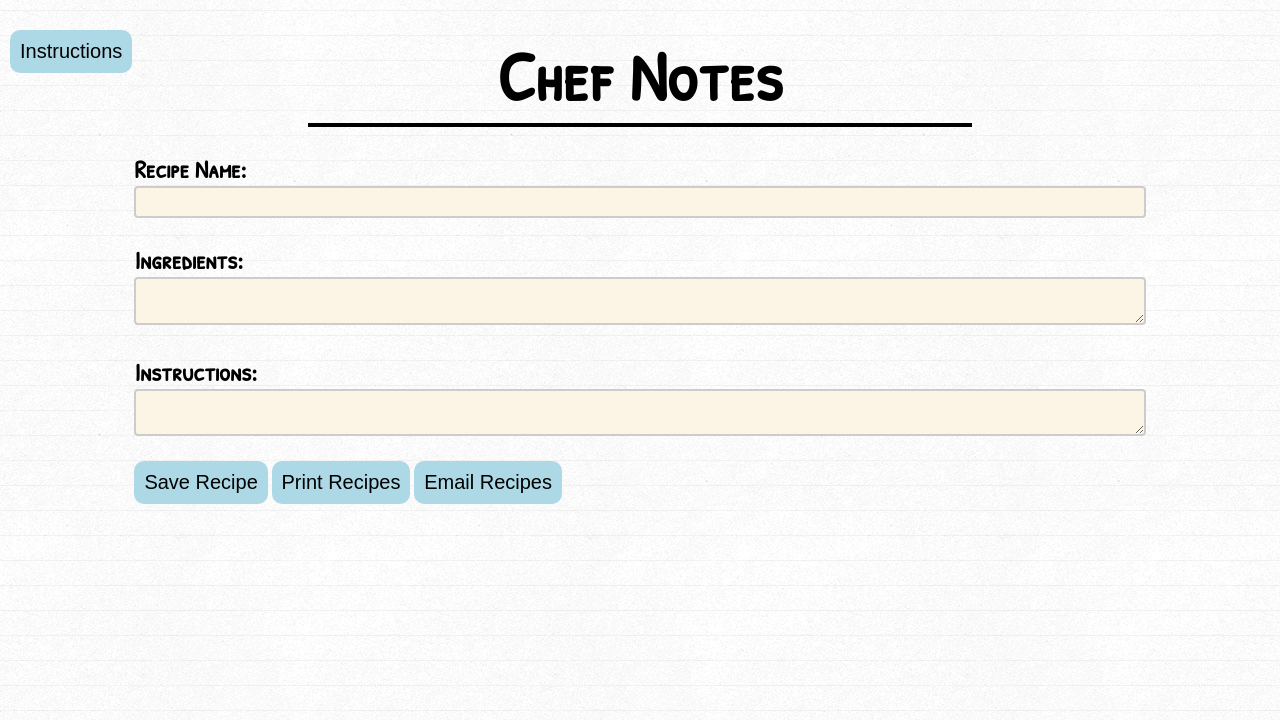
Repository: Chadloswald/RecipeSite
Page: docs/index.html
An editor plug-in stored every save of this project. The page is shown before and after the next save, followed by the edit.
The browser window is 1280 px wide. The pictures show the whole page.

Above is the page before, as saved 2023-05-28 08:49:14.

After the next save:
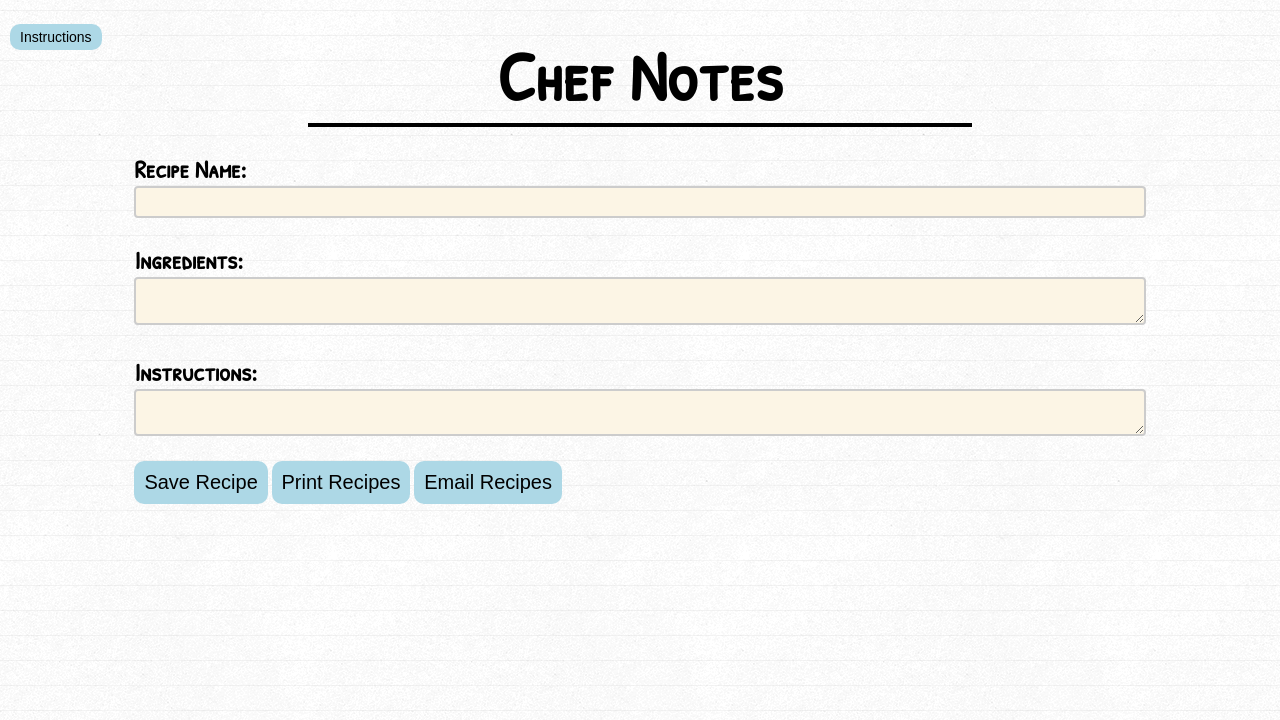
Saved 19 s later.
--- a/docs/style.css
+++ b/docs/style.css
@@ -24,7 +24,7 @@ h1 {
   left: 10px;
 }
 
-.smallButton {
+.helpButton {
   font-size: 14px;
   padding: 5px 10px;
 }

After the 5 saves that followed:
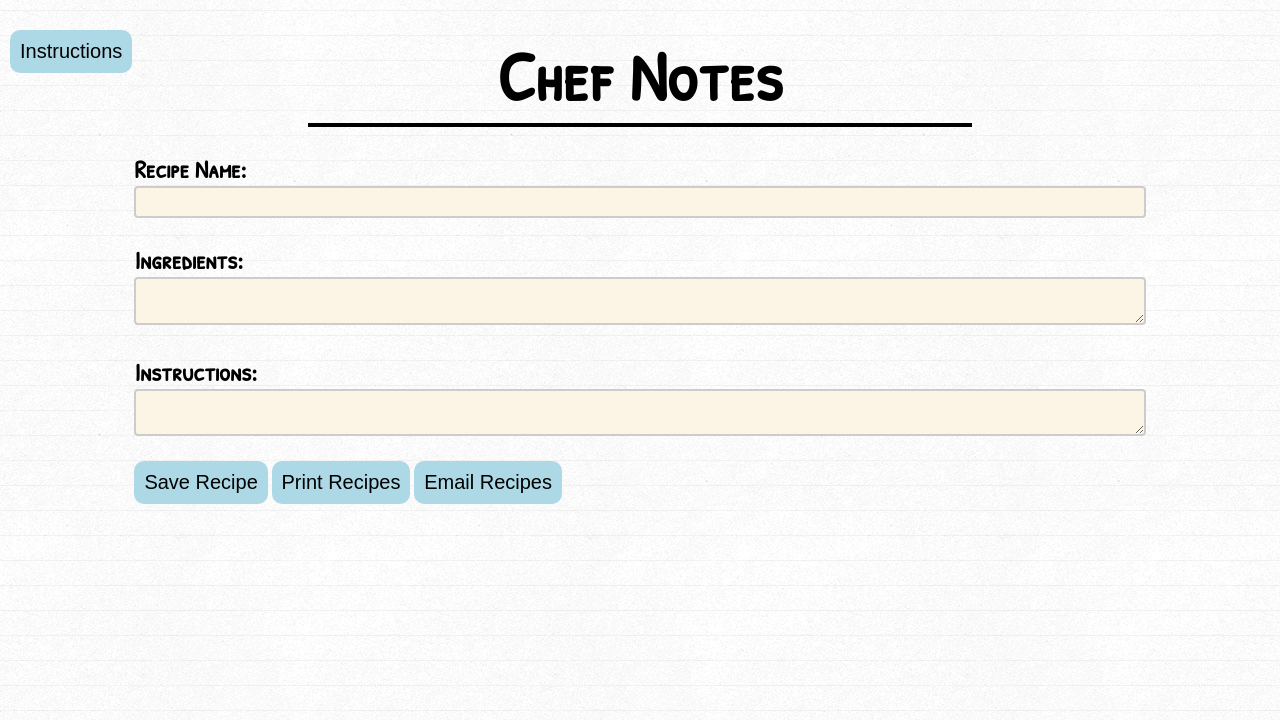
The 5 saves are shown as one change because 4 left the picture as it was.
The last was saved 12 min 12 s later.
--- a/docs/index.html
+++ b/docs/index.html
@@ -9,7 +9,7 @@
     <link rel="stylesheet" href="style.css">
   </head>
   <body>
-    <button id="help" class="helpButton">Instructions</button>
+    <button id="help" class="help">Instructions</button>
     <h1>Chef Notes</h1>
     <form>
       <label for="name">Recipe Name:</label>
--- a/docs/scripts.js
+++ b/docs/scripts.js
@@ -69,6 +69,15 @@ document.addEventListener('DOMContentLoaded', function() {
     const subject = 'My Saved Recipes';
     const mailtoLink = `mailto:?subject=${encodeURIComponent(subject)}&body=${encodeURIComponent(emailBody)}`;
     window.location.href = mailtoLink;
+
+    document.addEventListener('DOMContentLoaded', function() {
+      const topLeftButton = document.getElementById('help');
+
+      topLeftButton.addEventListener('click', function() {
+        alert('Button clicked!');
+      });
+    });
+
   });
 
 });
